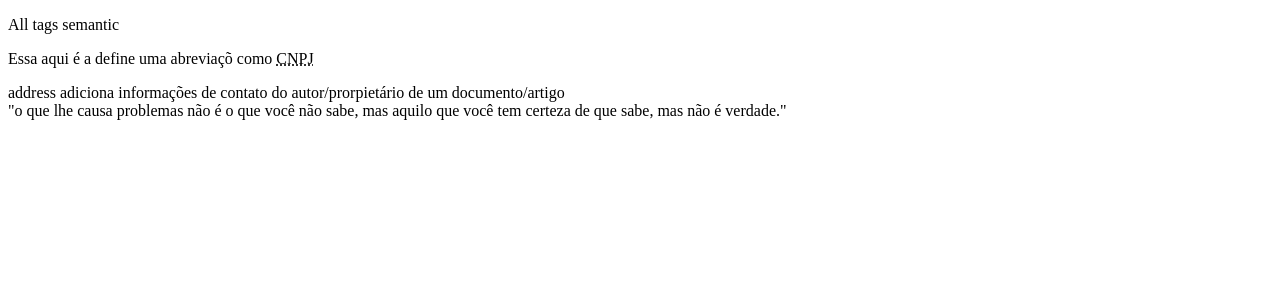
Repository: ErikMesquita/Danki-Code
Page: formatação/index.html
An editor plug-in stored every save of this project. The page is shown before and after a run of saves, followed by the edit.
The browser window is 1280 px wide. The pictures show the whole page.

Above is the page before, as saved 2023-10-28 10:58:16.

After the next 3 saves:
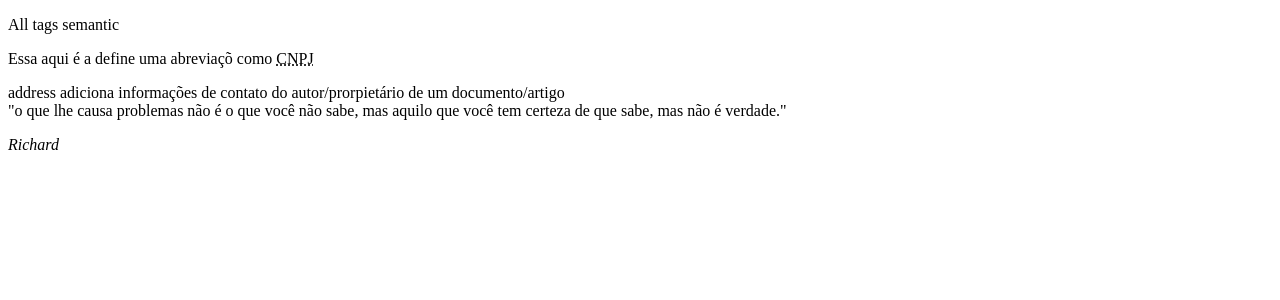
The 3 saves are shown as one change because they came seconds apart.
The last was saved 9 s later.
--- a/formatação/index.html
+++ b/formatação/index.html
@@ -68,7 +68,7 @@
 
     <p>Essa aqui é a define uma abreviaçõ como <abbr title="Cadastro Nacional de Pessoas Jurídicas">CNPJ</abbr></p>
 
-    <p>address adiciona informações de contato  do autor/prorpietário de um documento/artigo <br> "o que lhe causa problemas não é o que você não sabe, mas aquilo que você tem certeza de que sabe, mas não é verdade."</p>
+    <p>address adiciona informações de contato  do autor/prorpietário de um documento/artigo <br> "o que lhe causa problemas não é o que você não sabe, mas aquilo que você tem certeza de que sabe, mas não é verdade." <address>Richard</address></p>
 </body>
 
 </html>
